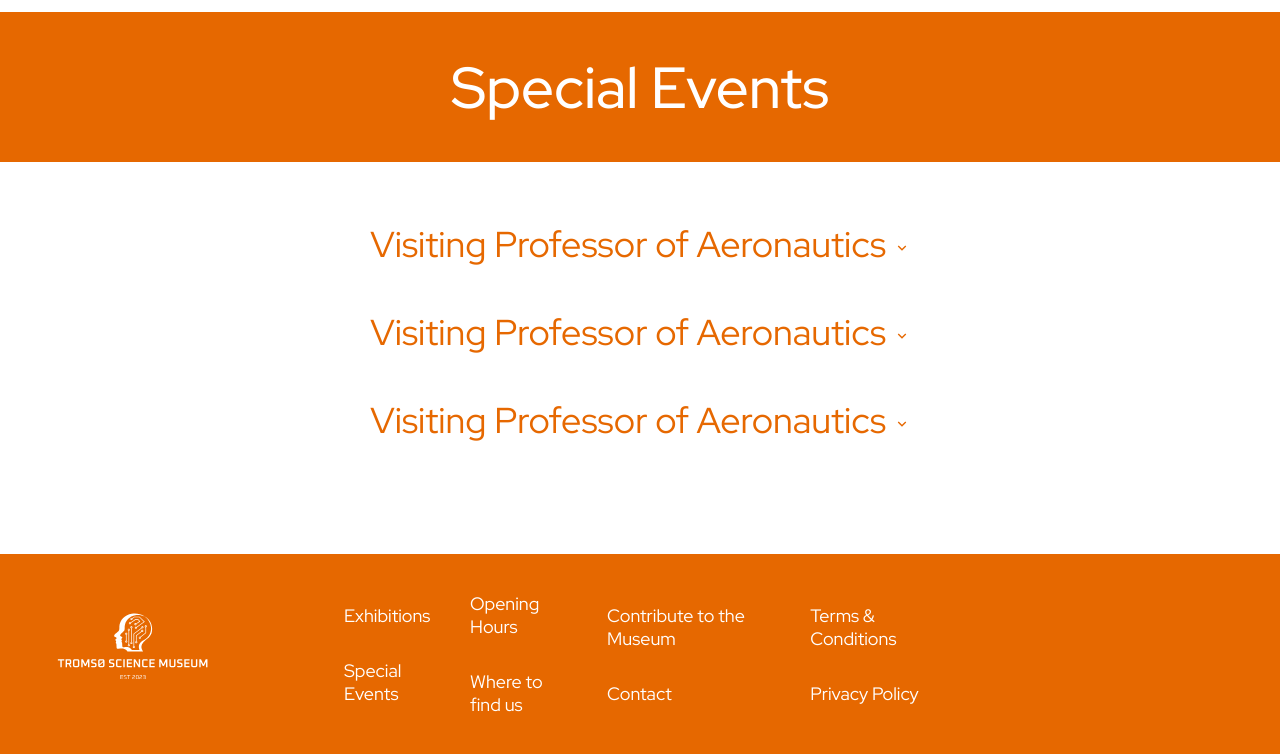
Repository: benjaminskarding/Semester-Project
Page: index.html
The author's editor kept a copy of each file at every save. The page is drawn from the files as they stood at one save, then again after the next save.
The browser window is 1280 px wide. The pictures show the part of the page from y = 5117 to 5959 px (the page is 5871 px tall before and 5959 px after).
A picture or video elsewhere on the page could not be fetched, so the positions and the page height are approximate.

Above is the page before, as saved 2023-12-04 12:53:59.

### index.html
<!DOCTYPE html>
<html lang="en">
<head>
    <meta charset="UTF-8">
    <meta name="viewport" content="width=device-width, initial-scale=1.0">
    <link rel="stylesheet" href="/src/css/index.css">
    <link rel="preconnect" href="https://fonts.googleapis.com">
    <link rel="preconnect" href="https://fonts.gstatic.com" crossorigin>
    <link href="https://fonts.googleapis.com/css2?family=Red+Hat+Display:wght@300;400;500;600;700;800&display=swap" rel="stylesheet">
    <title>Document</title>
</head>
<body>
<div class="landing-section">

    <div class="fullscreen-bg-vid">
        <video loop muted autoplay>
            <source src="assets/videos/30001-0863.mp4" type="video/mp4">
        </video>
    </div>

    <header class="header-collection">
        <div class="header-wrapper">
            <nav class="header-main-nav">
                <div class="header-nav-left-placeholder">
                </div>
                <div class="header-nav-center-logo">
                    <a href="index.html" aria-label="Go to homepage">
                        <img class="logo" src="assets/images/logo/whitelogo.svg" alt="company logo">
                    </a>
                </div>
                <div class="header-nav-right">
                    <label for="menuToggle" class="menu-button" aria-label="Open Menu"> <!--toggles overlay-->
                        <span class="white">MENU</span>
                        <img src="assets/images/icons/helix.svg" class="menuIcon" alt="navigation menu icon">
                    </label>
                </div>
            </nav>
        </div>

        <!--Hamburger overlay-->
        <input type="checkbox" id="menuToggle" class="menu-toggle-checkbox" style="display: none;">
        <div class="hamburger-overlay-homepage" id="menuOverlay" aria-label="Menu overlay">

            <div class="overlay-header">
                <h3 class="medium">Menu</h3>
                <label for="menuToggle" class="overlay-close-btn" aria-label="Close menu">&times;</label>
            </div>

            <div class="overlayOptionsContainer">
                <a href="index.html">
                  <h5 class="menu-item">Home</h5>
                </a>
                <a href="exhibitions.html">
                  <h5 class="menu-item">Exhibitions</h5>
              </a>
                <a href="special_events.html">
                  <h5 class="menu-item">Special Events</h5>
              </a>
                <a href="contribute.html">
                  <h5 class="menu-item">Contribute to the Museum</h5>
              </a>
                <a href="contact.html">
                  <h5 class="menu-item">Contact</h5>
              </a>
                <a href="terms_conditions.html">
                  <h5 class="menu-item">Terms & Conditions</h5>
              </a>
                <a href="privacy_policy.html">
                  <h5 class="menu-item">Privacy Policy</h5>
              </a>
            </div>
            <div class="overlayLogoContainer">
                <img src="assets/images/logo/whitelogo.svg" class="overlayLogo" alt="company logo in hamburger overlay">
            </div>
        </div>
    </header>


    <div class="hero-text">
        <h1><a href=#>CURRENT EXHIBITIONS</a></h1>
        <div class="hero-text-bottom">
            <div class="title">
                <h2 class="specEvent"><a href=#>SPECIAL EVENTS</a></h2>
            </div>
            <div class="additional-links">
                <div class="link-with-line">
                    <a href="contact.html" class="hero-small-link">CONTACT</a>
                    <div class="line"></div>
                </div>
                <div class="link-with-line">
                    <a href="#" class="hero-small-link-two">CONTRIBUTE TO THE MUSEUM</a>
                    <div class="line"></div>
                </div>
            </div>
        </div>
    </div>
</div>
    <div class="title-bar">
        <h3 class="medium">Visit</h3>
    </div>

    <div class="main-grid">
        <div class="left-column">
            <div class="column-text-content">
                <h4 class="medium orange">Admission</h4>
                <h6>The entrance is free for all.</h6>
                <p>There are guided tours of the museum that leave every hour.</p>
                <p>These tours are 70 NOK per person and include a handy printed guide of the museum.</p>
                <p>If you would like to organise a guided tour for your group of 6 or more people, please contact us to arrange the tour.</p>
                <p class="orange bold">Accessibility</p>
                <p>The museum has wheelchair accessibility ramps.</p>
                <p>It also has audio guides and braille display signs for the visually impaired.</p>
            </div>
        </div>
        <div class="center-column">
            <div class="column-text-content">
                <p class="orange bold">Shop</p>
                <p>Our shop offers a range of memorabilia from the museum as well as great gifts and activity packs that allow you to continue to explore science even after you’ve left the museum.</p>
                <p class="orange bold">Food and Drink</p>
                <p>There is a café attached to the museum where you can get light lunches, soft drinks, coffee, snacks and more.</p>
            </div>
        </div>
        <div class="right-sidebar">
            <div class="sidebarSection">
                <h5>Our Location</h5>
                <hr>
                <p>Tromsø Science Museum</p>
                <p>123 Northern Lights Avenue</p>
                <p>Tromsø, Norway</p>
            </div>
            <div class="sidebarSection">
                <h5>Opening Hours</h5>
                <hr>
                <p>Monday: Closed</p>
                <p>Tuesday: 10:00 – 16:00</p>
                <p>Wednesday: 10:00 – 16:00</p>
                <p>Thursday: 10:00 – 16:00</p>
                <p>Friday: 10:00 – 19:00</p>
                <p>Saturday: 9:00 – 16:00</p>
                <p class="lastpar">Sunday: 9:00 – 13:00</p>
            </div>
        </div>

        <div class="image">
            <img src="assets/images/x/cube.jpg">
        </div>
        <div class="mid-right-column">
            <div class="right-column-text-content">
                <h2 class="orange">Explore Together</h2>
                <p class="semibold">Come join us at the Tromsø Science Museum where we’re committed to making science accessible to all.</p>
                <p>Over the course of human history, science has developed from our early understanding of fire, wind, water, and earth to exploring everything from galaxies far away to the very building blocks of life itself.</p>
                <p>The aim of our museum is to create a space where everyone can experience the wonders of our discoveries and perhaps even ignite a lifelong passion to continue the exploration of the world around us.</p>
                <p>We believe science should not be confined to the textbook, but brought to live through exhibits. This is why we have over 1000 different exhibits on the many varied subjects of science to explore.</p>
                <p>Many of these exhibits are designed for you to interact with and play around to see science come to life (apart from the dinosaur exhibits – they only come to life at night when everyone’s gone home).</p>
            </div>
        </div>
    </div>

    <div class="mid-bar"></div>

    <div class="grid2">
        <div class="teach-col">
            <div class="column-text-content">
                <h4 class="medium orange">For Teachers</h4>
                <p class="semibold">As a community-driven museum, we want to work with schools to create places of learning and exploring.</p>
                <p>Our team are on hand to give your students guided tours of the museum, teach them in our learning laboratory, and provide great video presentations that will excite and inspire them.</p>
                <p>Please get in touch with us here to find out more about our facilities and to arrange a time to bring your students through for a visit.</p>
            </div>
        </div>

        <div class="low-mid-right-column">
            <div class="right-column-text-content">
                <h4 class="medium orange">For Kids</h4>
                <p class="semibold">Are you a young person looking to learn more about science? Come on down to our museum, there’s plenty to see and do.</p>
                <p>You can learn about Newtonian physics from our bumper swing, or why not travel back in time and meet our resident Woolly Mammoth? Our exhibits are designed to be accessible for interested minds, so make sure you come ready to learn and explore.</p>
                <p>We also have the Young Stars club which meets once a week on a Saturday between 10:00 and 13:00 where you’ll get to explore and experiment with our team of experts.</p>
                <p class="lastpar">During the school holidays we run special holiday clubs where you can join other children your age to go on a journey of discovery. Each holiday we pick a new theme to explore. To find out more about the holiday club and how you can join, send us a message.</p>
                <h4 class="medium orange">Researchers</h4>
                <p class="semibold">Are you looking to get involved with our team of researchers and academics?</p>
                <p>Our museum offers various ways for you to use our resources and contribute towards them. We have online records, laboratory space, and a working relationship with a number of universities around the country.</p>
            </div>
        </div>

        <div class="left-sidebar">
            <div class="sidebarSection">
                <h5>Special Events</h5>
                <hr>
                <p>Visiting Professor of Aeronautics</p>
                <p>Night in the Museum</p>
                <p>Energetica Exhibition on Loan</p>
            </div>
            <div class="sidebarSection">
                <h5>Current Exhibitions</h5>
                <hr>
                <p>Cosmology</p>
                <p>Evolution</p>
                <p>Biology & Medicine</p>
                <p>Ecology</p>
                <p>Robotics & AI</p>
            </div>
        </div>
    </div>

    <div class="title-bar title-bar-right">
        <h3 class="medium">Exhibitions</h3>
    </div>


    <div class="grid3">
        <div class="imageCarousel image">
            <img src="assets/images/x/spaceman.jpg">
        </div>
        <div class="carouselDescription">
            <div class="column-text-content">
                <h5 class="orange">Discover the Cosmos</h5>
                <p class="semibold">Embark on a celestial journey at the Tromsø Science Museum's space exhibit.</p>
                <p>Dive into the history of space exploration, from the earliest dreams of flying to the moon, to the latest discoveries in the vast expanse of our universe.</p>
            </div>
        </div>
        <div class="exhibText">
            <div class="right-column-text-content">
                <h4 class="medium orange">Engage, Learn and Interact</h4>
                <p class="semibold">The Tromsø Science Museum is not just a building; it's a celebration of human curiosity and the relentless pursuit of knowledge.</p>
                <p>As a beacon of discovery, our exhibitions are thoughtfully designed to inspire awe, stimulate intellect, and provoke conversation.</p>
                <p>From the enigmatic depths of outer space to the microscopic intricacies of biology, each exhibit serves as a window to the vast and varied tapestry of the universe.</p>
                <a href="#" class="exhibButton medium">Tour All Exhibitions</a>
            </div>
        </div>
    </div>

    <div class="title-bar">
        <h3 class="medium">Contribute</h3>
    </div>

    <div class="grid4">
        <div class="suppMuseum">
            <div class="column-text-content">
                <h4 class="medium orange">Support the Museum</h4>
                <p class="semibold">Tromsø Science Museum is not just a space, it's a vibrant hub for exploration and learning, a testament to the power of community involvement.</p>
                <p>While our contributions page provides detailed ways you can join in our efforts, here we invite you to consider the unique impact that your support can create.</p>
            </div>
            <div class="navStuff">
                <div class="buttonWrapper">
                    <a href="#" class="navButtonSmall medium">Internship</a>
                    <img src="assets/images/icons/longArrow.svg" alt="Right Arrow" class="arrowIcon">
                </div>
                <div class="buttonWrapper">
                    <a href="#" class="navButtonSmall medium">Make a Gift</a>
                    <img src="assets/images/icons/longArrow.svg" alt="Right Arrow" class="arrowIcon">
                </div>
                <div class="buttonWrapper">
                    <a href="#" class="navButtonSmall medium">Volunteer</a>
                    <img src="assets/images/icons/longArrow.svg" alt="Right Arrow" class="arrowIcon">
                </div>
                <div class="buttonWrapper">
                    <a href="#" class="navButtonSmall medium">Donate</a>
                    <img src="assets/images/icons/longArrow.svg" alt="Right Arrow" class="arrowIcon">
                </div>
            </div>
        </div>

        <div class="supportImage image">
            <img src="assets/images/x/supp.jpg">
        </div>
    </div>

    <div class="title-bar-center">
        <h3 class="medium">Special Events</h3>
    </div>

    <div class="specEvents">
        <div class="specContent">
            <div class="section">
                <input type="checkbox" id="toggleProfessor" class="toggle"/>
                <label for="toggleProfessor" class="toggle-label">
                  Visiting Professor of Aeronautics
                  <img src="assets/images/icons/arrow-down-s-line.svg" class="arrow">
                </label>
                <div class="content">
                    It is our pleasure to announce that Prof Sheila Widnall from the Massachusetts Institute of Technology will be delivering 3 lectures on the development of aeronautics and where the future lies in this exciting ‘space’.
                </div>
            </div>
            <div class="section">
                <input type="checkbox" id="toggleProfessor" class="toggle"/>
                <label for="toggleProfessor" class="toggle-label">
                  Visiting Professor of Aeronautics
                  <img src="assets/images/icons/arrow-down-s-line.svg" class="arrow">
                </label>
                <div class="content">
                    It is our pleasure to announce that Prof Sheila Widnall from the Massachusetts Institute of Technology will be delivering 3 lectures on the development of aeronautics and where the future lies in this exciting ‘space’.
                </div>
            </div>
            <div class="section">
                <input type="checkbox" id="toggleProfessor" class="toggle"/>
                <label for="toggleProfessor" class="toggle-label">
                  Visiting Professor of Aeronautics
                  <img src="assets/images/icons/arrow-down-s-line.svg" class="arrow">
                </label>
                <div class="content">
                    It is our pleasure to announce that Prof Sheila Widnall from the Massachusetts Institute of Technology will be delivering 3 lectures on the development of aeronautics and where the future lies in this exciting ‘space’.
                </div>
            </div>
        </div>
    </div>

    <footer id=desktop-footer class="footer">
        <div class="footer-container">
              <!--footer left side-->
            <div class="footer-left-container">
              <a href="index.html"  aria-label="Back to homepage">
                <img src="assets/images/logo/whitelogo.svg" class="footer-logo" alt="company logo in footer">
              </a>
            </div>
            <!--footer center-->
            <div class="footer-center-container">
              <div class="footer-column-1">
                <p class="footer-titles">Exhibitions</p>
                <p class="footer-titles">Special Events</p>
              </div>
              <div class="footer-column-2">
                <p class="footer-titles">Opening Hours</p>
                <p class="footer-titles">Where to find us</p>
              </div>
              <div class="footer-column-3">
                <p class="footer-titles">Contribute to the Museum</p>
                <p class="footer-titles">Contact</p>
              </div>
              <div class="footer-column-4">
                <p class="footer-titles">Terms & Conditions</p>
                <p class="footer-titles">Privacy Policy</p>
              </div>
            </div>

            <div class="footer-right-container-placeholder"></div>
        </div>
      </footer>

</body>
</html>

### src/css/common.css
body, html {
    height: 100%;
    margin: 0;
}

a {
    text-decoration: none;
    cursor: pointer;
    color: inherit;
}

input:focus,
textarea:focus,
select:focus,
button:focus {
outline: none;
}

/* common header, landing page has specific */

.header-collection {
    background-color: var(--color-secondary);
    height: 200px;
}

.header-wrapper {
    margin-left: 3rem;
    margin-right: 3rem;
}

.logo {
    margin-top: 1.5rem;
}


.header-main-nav {
    display: flex;
    justify-content: space-between;
    align-items: center;
    width: 100%;
}



.header-nav-left-placeholder {
    flex: 1;
    display: flex;
    align-items: center;
}

.header-nav-left a {
    display: flex;
    justify-content: flex-start;
    align-items: center;
}

.header-nav-center-logo {
    flex: 0;
}

.header-nav-right {
    flex: 1;
    display: flex;
    justify-content: flex-end;
    font-size: 1.25rem;
    font-weight: var(--font-weight-medium);
}

/* Footer */

.footer{
    background-color: var(--color-secondary);
    height: 200px;
    display: flex;
    margin-top: 0rem;
}

.footer-container {
    display: flex;
    align-items: center;
    justify-content: space-between;
    margin-left: 3rem;
    margin-right: 3rem;
    width: 100%;
}

.footer-left-container {
    flex: 1;
}


.footer-center-container {
    display: flex;
    justify-content: center;
    align-items: center;
    flex: 2;
    gap: 2rem;
}

.footer-right-container-placeholder {
    flex: 1;
}

.footer-logo {
    height: 100px;
}

.footer-titles {
    display: flex;
    margin-bottom: 2rem;
    margin-top: 2rem;
    color: white;
}




/* Main content */

.top-bar {
    display: flex;
    align-items: center;
    background-color: #E66800;
    width: 100%;
    height: 80px;
}

.top-bar h3 {
    margin-left: 3rem;
}

.sidebar {
    display: flex;
    flex-direction: column;
    align-items: center;
    position: relative;
    background-color: #E66800;
    height: 100%;
}

/* Hamburger overlay */

.hamburger-overlay {
    position: absolute;
    top: 0;
    right: 0;
    bottom: 0;
    left: 0;
    background-color: transparent;
    z-index: 1000;
    visibility: hidden;
    transform: translateX(100%);
    transition: transform 0.3s, visibility 0.3s;
    display: flex;
    flex-direction: column;
    justify-content: flex-start;
}


.menu-button { /* toggles overlay--> */
    display: flex;
    align-items: center;
    cursor: pointer;
}

.menu-toggle-checkbox:checked ~ .sidebar .hamburger-overlay {
    visibility: visible;
    transform: translateX(0);
}

.overlay-header {
    display: flex;
    flex-direction: row;
    justify-content: space-between;
    align-items: center;
    text-align: center;
    margin-left: 1rem;
}

.hamburger-overlay:target {
    visibility: visible;
    opacity: 1;
}

.overlayOptionsContainer {
    flex-direction: column;
    height: 100%;
}

.menu-item {
    display: flex;
    justify-content: space-between;
    align-items: center;
    margin: 0 1rem;
    margin-top: 2rem;
    color: white;
}

.overlayTitle {
    display: flex;
    align-items: center;
    justify-content: flex-start;
    color: var(--color-primary);
    margin-bottom: 10px;
    margin-left: 1rem;
}

.overlayLogoContainer {
    display: flex;
    justify-content: center;
    margin-bottom: 2rem;
    margin-top: 1rem;
}

.overlayLogo {
    width: 50%;
    max-width: 300px;
}

.overlay-close-btn {
    padding-top: 10px;
    margin-right: 3rem;
    color: white;
    font-size: 2rem;
    background: none;
    border: none;
    cursor: pointer;
}

### src/css/_reset.css
*, *:before, *:after {
    box-sizing: inherit;
  }

  body {
    box-sizing: border-box;
    min-height: 100vh;
    margin: 0;
  }

### src/css/_variables.css
:root{
    --color-primary: white;
    --color-secondary: #E66800;

    --font-primary: 'Red Hat Display', sans-serif;
    --font-size: 16px;
    --font-weight-regular: 400;
    --font-weight-medium: 500;
    --font-weight-semibold: 600;
    --font-weight-bold: 700;
}

.medium {
    font-weight: 500
}

.regular {
    font-weight: 400;
}

.semibold {
    font-weight: 600;
}

strong, .bold {
    font-weight: var(--font-weight-bold)
}

body {
    font-family: var(--font-primary)
}

.white {
    color:white;
}

.orange {
    color: var(--color-secondary)
}

.lastpar {
    margin-bottom: 2rem;
}

.nowrap {
    white-space: nowrap;
}

p {
    font-size: 1.125rem;
}

h1,h2,h3,h4 {
    color: var(--color-primary)
}

h1,h2,h3,h4,h5,h6,p {
    font-family: var(--font-primary);
    margin: 0;
    padding: 0;
}

h1 {
    font-size: 6rem; /* 96px */
}

h2 {
    font-size: 4rem; /* 64px */
    font-weight: var(--font-weight-medium);
}

h3 {
    font-size: 3.625rem;  /* 58px */
}

h4 {
    font-size: 3rem; /* 48px*/
}

h5 {
    font-size: 2.25rem; /*36px*/
    font-weight: var(--font-weight-medium)
}

h6 {
    font-size: 1.375rem; /*22px*/
    font-weight: var(--font-weight-medium);
}

Loaded but not shown: src/css/index.css (428 lines, source omitted)

After the next save:
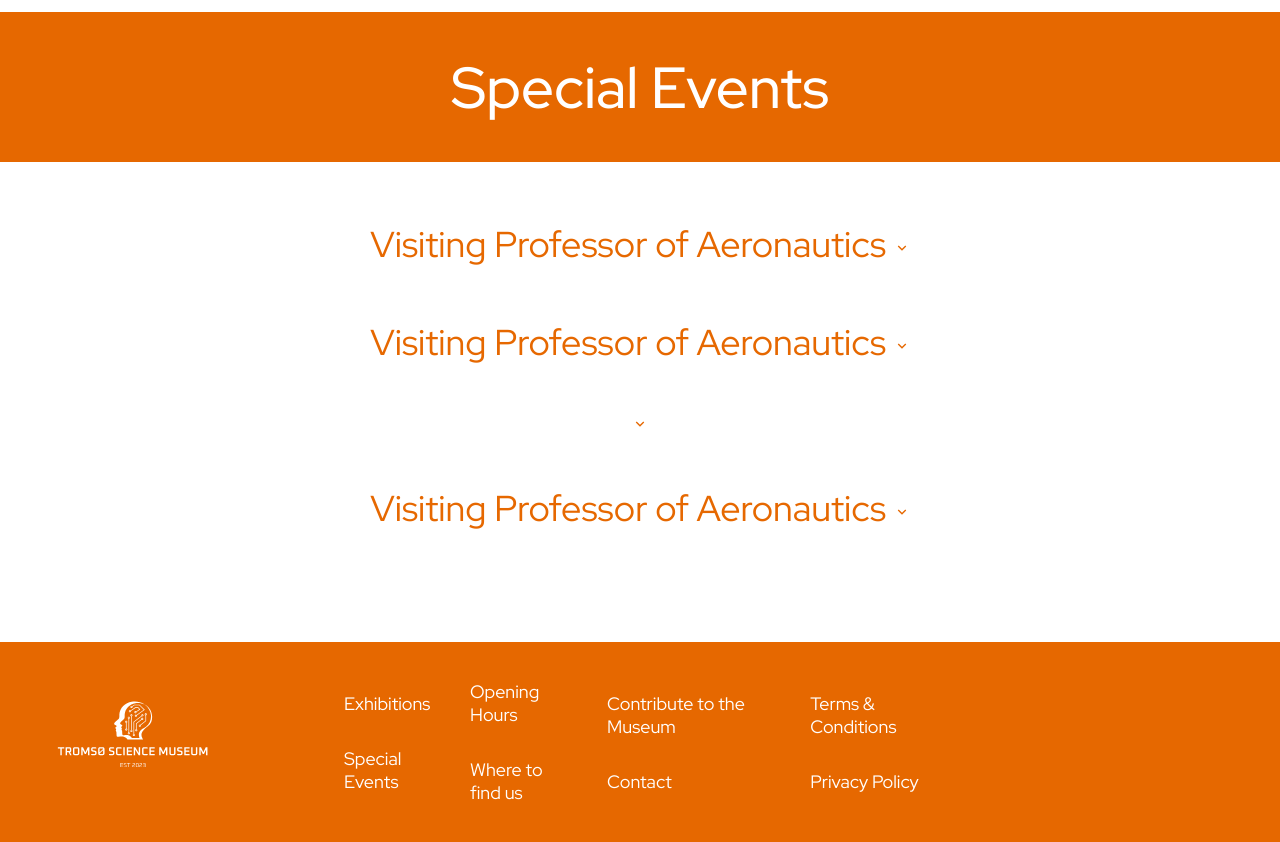
Saved 10 s later.
--- a/index.html
+++ b/index.html
@@ -283,7 +283,16 @@
             <div class="section">
                 <input type="checkbox" id="toggleProfessor" class="toggle"/>
                 <label for="toggleProfessor" class="toggle-label">
-                  Visiting Professor of Aeronautics
+                    <div class="section">
+                        <input type="checkbox" id="toggleProfessor" class="toggle"/>
+                        <label for="toggleProfessor" class="toggle-label">
+                          Visiting Professor of Aeronautics
+                          <img src="assets/images/icons/arrow-down-s-line.svg" class="arrow">
+                        </label>
+                        <div class="content">
+                            It is our pleasure to announce that Prof Sheila Widnall from the Massachusetts Institute of Technology will be delivering 3 lectures on the development of aeronautics and where the future lies in this exciting ‘space’.
+                        </div>
+                    </div>
                   <img src="assets/images/icons/arrow-down-s-line.svg" class="arrow">
                 </label>
                 <div class="content">
